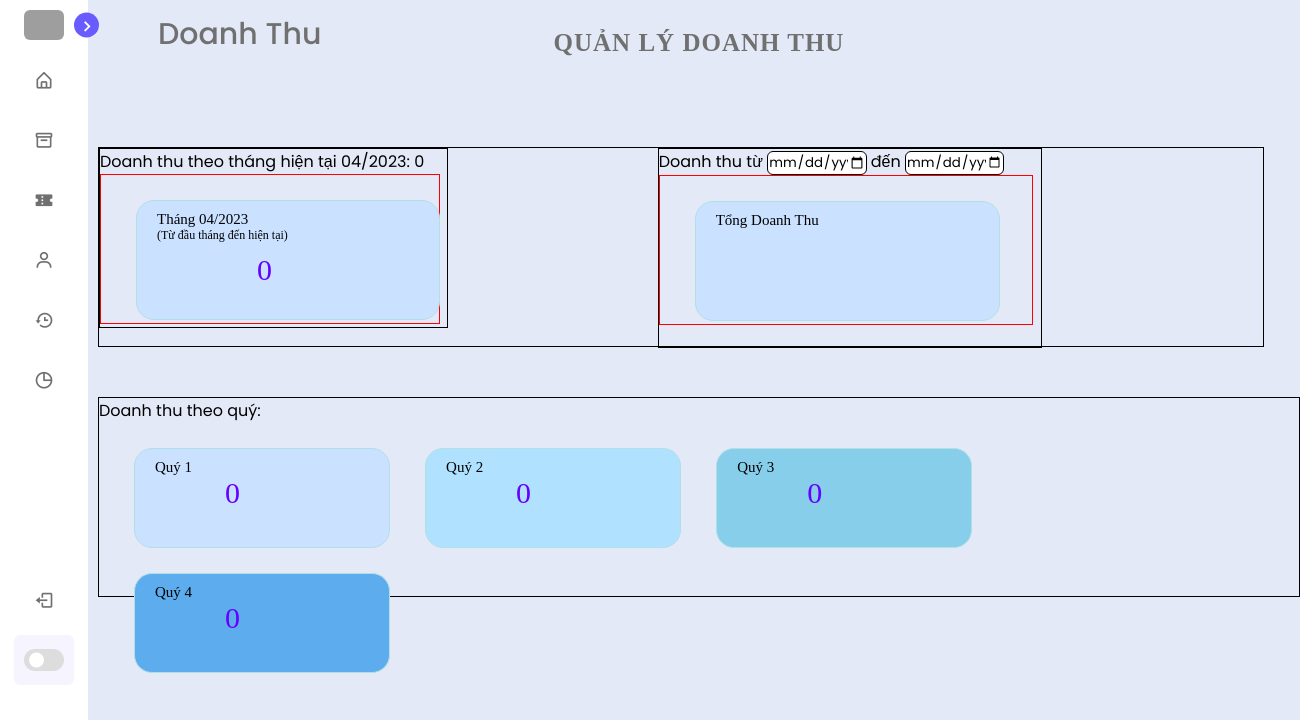
Repository: JeffDaveHudson/CapstoneProject
Page: http://localhost/CapstoneProject/revenue
The author's editor kept a copy of each file at every save. The page is drawn from the files as they stood at one save, then again after the next save.
The browser window is 1280 px wide. The page is 1300 px wide, so the pictures cover 1300 px, including what lies to the right of the window. The pictures show the whole page.
Pictures or frames that could not be fetched are drawn as grey boxes. The page is served by Tomcat 9. Queries for data that is not in the repository find no rows.

Above is the page before, as saved 2023-06-14 09:13:39.

After the next save:
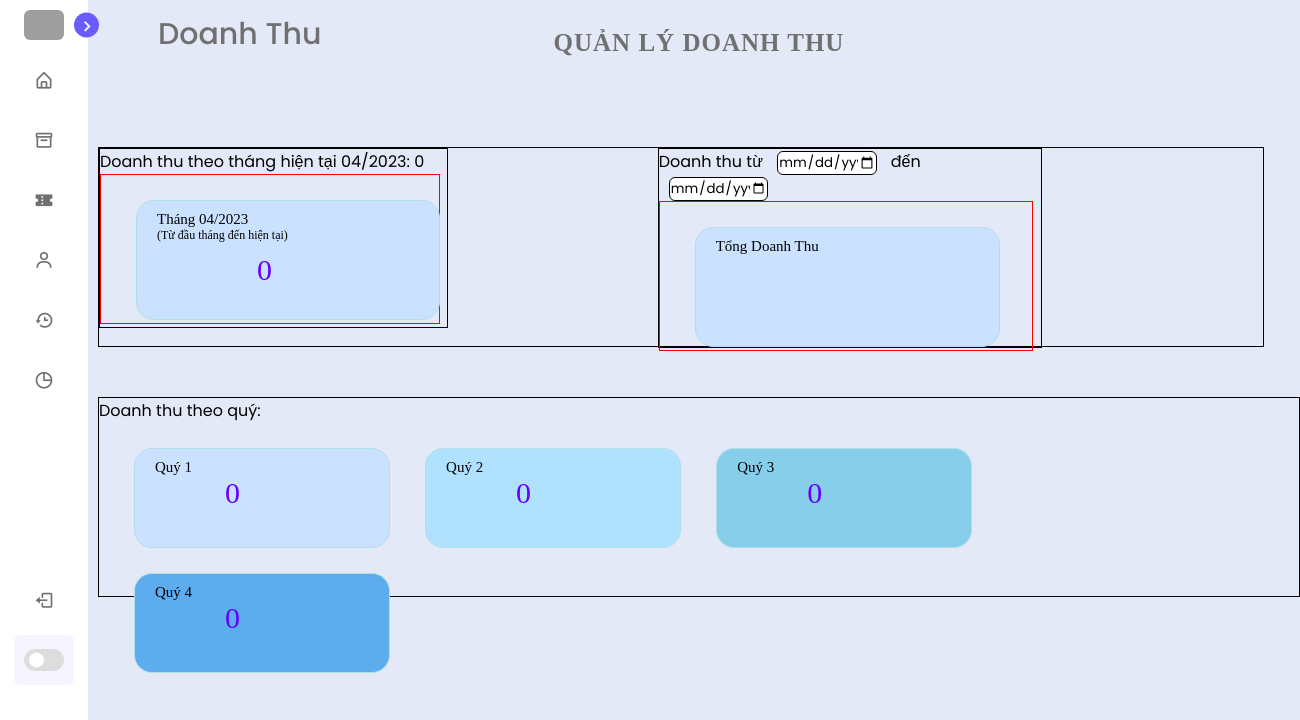
Saved 33 s later.
--- a/CapstoneProject/src/main/webapp/admin/Revenue.jsp
+++ b/CapstoneProject/src/main/webapp/admin/Revenue.jsp
@@ -167,6 +167,7 @@
 	background-color: #fff;
 	border: 1px solid;
 	border-radius: 6px;
+	margin: 0 10px;
 }
 
 </style>
